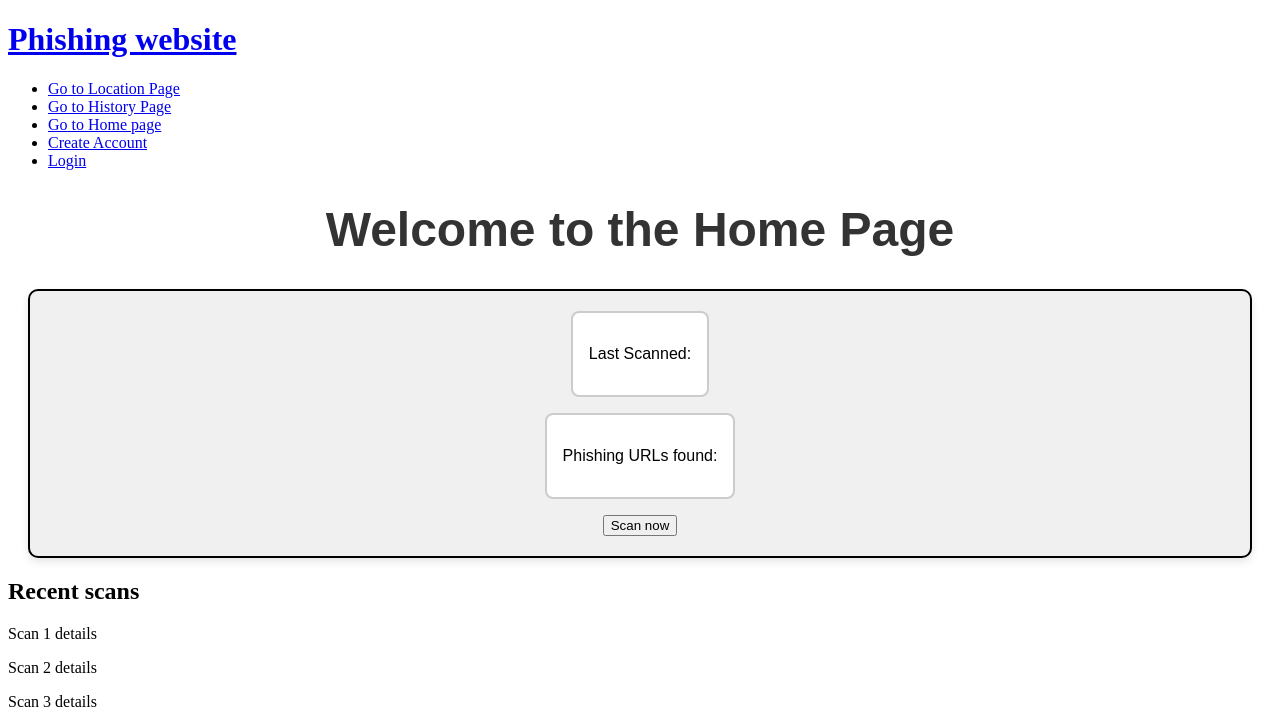
Repository: 2305199/Final-year-project
Page: / (app in frontend/)
These files come from the project's save history. The page is drawn as it stood at one moment and after the next save; the edit follows.
The browser window is 1280 px wide. The pictures show the whole page.
The project was rebuilt for these pictures with package versions that can differ from the ones it lists, and the page was loaded fresh each time. Also part of the build but not shown: frontend/vite.config.js, frontend/src/Location/Location.jsx, frontend/src/History/History.jsx, frontend/src/User/CreateAccount.jsx, frontend/src/User/Login.jsx.

Above is the page before, as saved 2026-01-29 01:01:59.

After the next save:
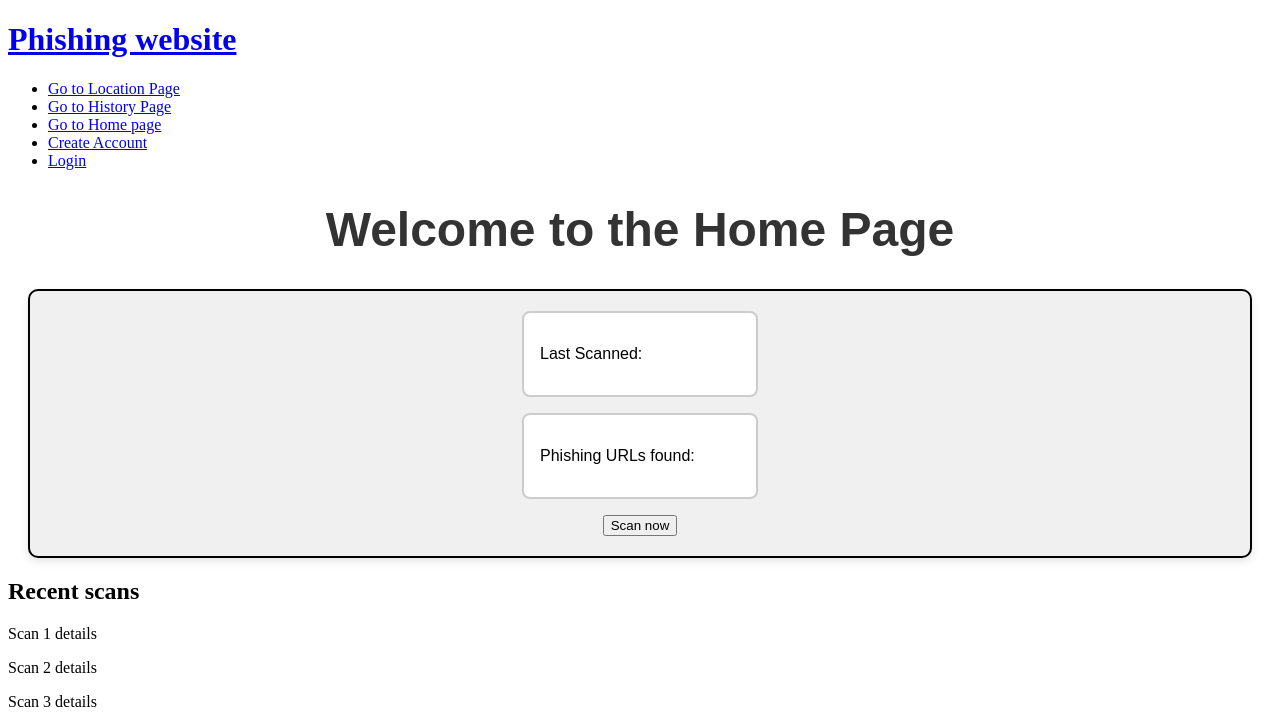
Saved 37 s later.
--- a/frontend/src/Home/Home.module.css
+++ b/frontend/src/Home/Home.module.css
@@ -28,17 +28,21 @@
   padding: 16px;
   border-radius: 8px;
   background-color: #ffffff;
-   font-family: 'Arial', sans-serif;
-   text-align: right;
+  font-family: 'Arial', sans-serif;
+  width: 200px;
+  text-align: left;
 }
+
 .Pfound {
   border: 2px solid #ccc;
   padding: 16px;
   border-radius: 8px;
   background-color: #ffffff;
-   font-family: 'Arial', sans-serif;
-    text-align: left;
+  font-family: 'Arial', sans-serif;
+  width: 200px;
+  text-align: left;
 }
+
 .Box {
   display: flex;
   justify-content: space-between; /* left and right */
